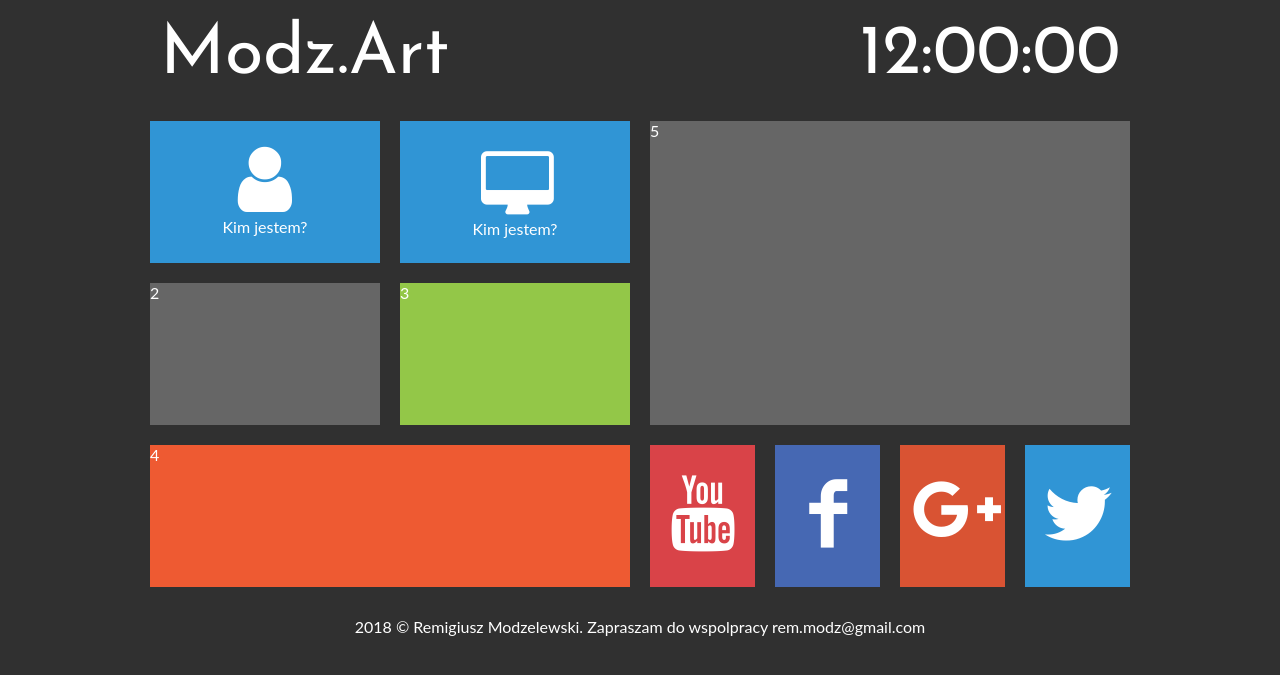
Repository: RemModz/Portfolio
Page: index.html
The author's editor kept a copy of each file at every save. The page is drawn from the files as they stood at one save, then again after the next save.
The browser window is 1280 px wide. The pictures show the whole page.

Above is the page before, as saved 2018-11-02 17:42:51.

After the next save:
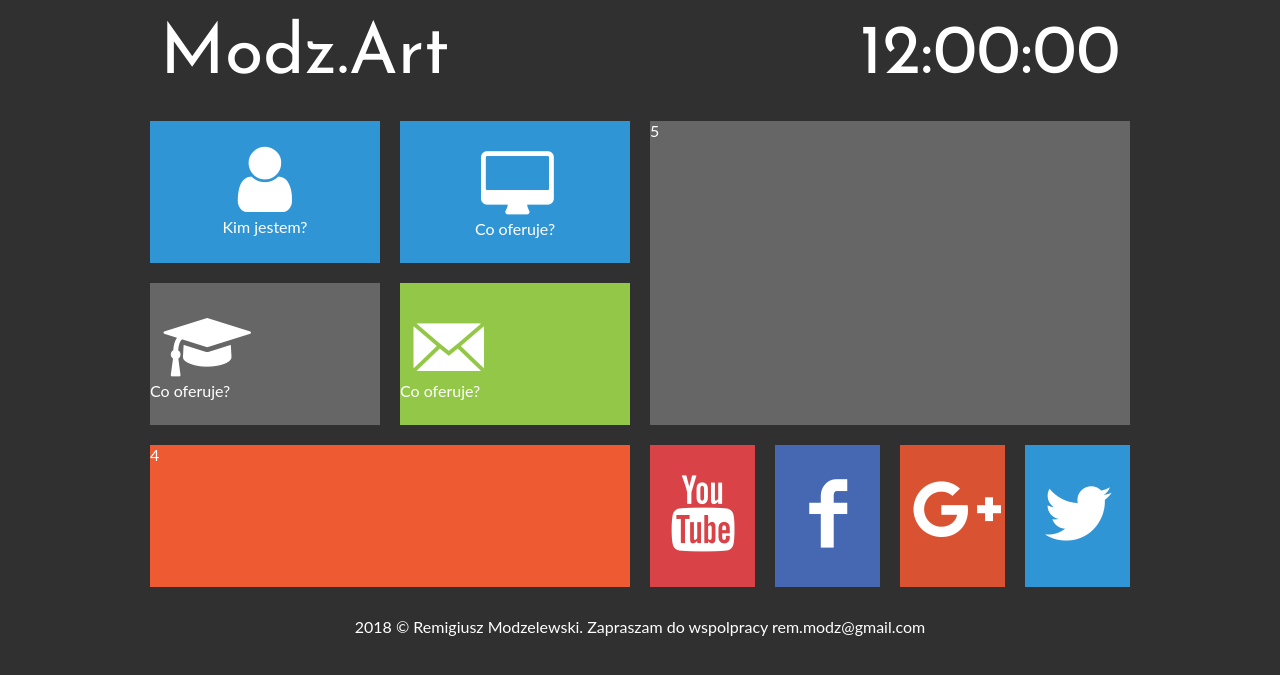
Saved 3 min 41 s later.
--- a/index.html
+++ b/index.html
@@ -23,14 +23,15 @@
 
         <div class="square">
             <div class="tile1">
-                <i class="icon-user"></i><br />Kim jestem?</div>
+                <i class="icon-user"></i><br />Kim jestem?
+            </div>
             <div class="tile1">
-                 <i class="icon-desktop"></i><br />Kim jestem?
-            </div>
+                 <i class="icon-desktop"></i><br />Co oferuje?
+                            </div>
             <div style="clear:both;"></div>
 
-            <div class="tile2">2</div>
-            <div class="tile3">3</div>
+            <div class="tile2"><i class="icon-graduation-cap"></i><br />Co oferuje?</div>
+            <div class="tile3"><i class="icon-email"></i><br />Co oferuje?</div>
             <div style="clear:both;"></div>
 
             <div class="tile4">4</div>
